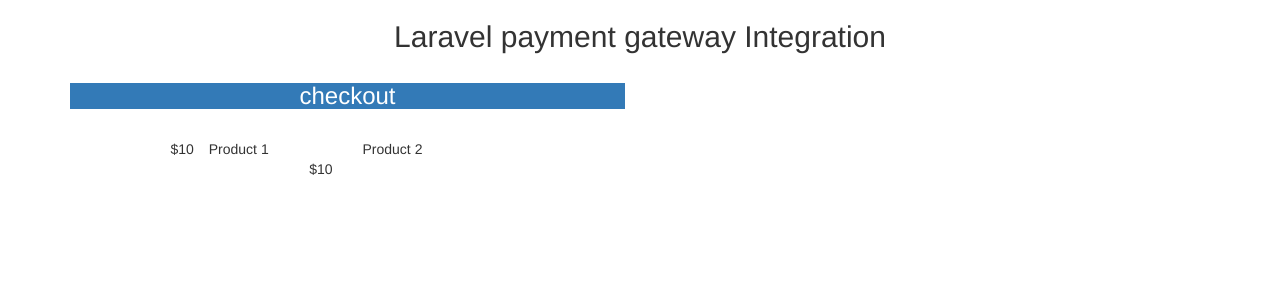
Repository: Raisul1239/stripe
Page: http://localhost/checkout
The author's editor kept a copy of each file at every save. The page is drawn from the files as they stood at one save, then again after the next save.
The browser window is 1280 px wide. The pictures show the whole page.
The page is served by the project's Laravel application, run on PHP 8.4 with Laravel 8. Other server files are loaded and not shown.

Above is the page before, as saved 2020-02-24 10:26:26.

### routes/web.php
<?php

/*
|--------------------------------------------------------------------------
| Web Routes
|--------------------------------------------------------------------------
|
| Here is where you can register web routes for your application. These
| routes are loaded by the RouteServiceProvider within a group which
| contains the "web" middleware group. Now create something great!
|
*/

Route::get('/', function () {
    return view('welcome');
});
Route::get('checkout','CheckoutController@index')->name('checkout.page');

### app/Http/Controllers/CheckoutController.php
<?php

namespace App\Http\Controllers;

use Illuminate\Http\Request;

class CheckoutController extends Controller
{
    //
    public function index(){
        return view ('checkout-page');
    }
}

### resources/views/checkout-page.blade.php
<!DOCTYPE html>
<html lang="en">

<head>
    <title>Bootstrap Example</title>
    <meta charset="utf-8">
    <meta name="viewport" content="width=device-width,
initial-scale=1">
    <link rel="stylesheet" href="https://maxcdn.bootstrapcdn.com/bootstrap/3.4.1/css/bootstrap.min.css">

    <!-- jQuery library -->
    <script src="https://ajax.googleapis.com/ajax/libs/jquery/3.4.1/jquery.min.js"></script>

    <!-- Latest compiled JavaScript -->
    <script src="https://maxcdn.bootstrapcdn.com/bootstrap/3.4.1/js/bootstrap.min.js"></script>
</head>

<body>
    <div class="container">
        <h2 align="center">Laravel payment gateway Integration</h2>
        <div class="row">
            <div class="col-lg-6">
                <div class="card">
                    <div class="card-header bg-primary text-center">
                        <h3>checkout</h3>
                    </div>
                    <div class="card-body">
                        <dic class="row">
                            <div class="col-lg-6">Product 1</divf>
                                <div class="col-lg-6 text-right">$10</div>
                            </div>
                            <div class="row">
                                <div class="col-lg-6">Product 2</div>
                                <div class="col-lg-6 text-right">$10</div>
                            </div>

</html>

Loaded but not shown: app/Http/Controllers/Controller.php (common file)

After the next save:
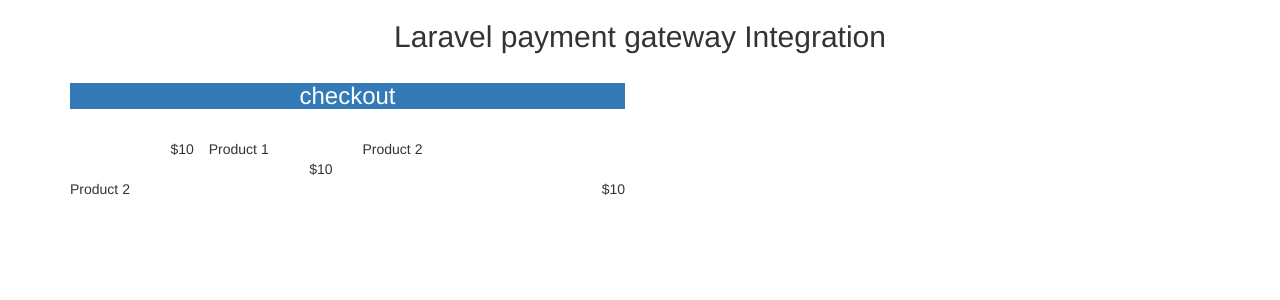
Saved 11 s later.
--- a/resources/views/checkout-page.blade.php
+++ b/resources/views/checkout-page.blade.php
@@ -33,5 +33,9 @@
                                 <div class="col-lg-6">Product 2</div>
                                 <div class="col-lg-6 text-right">$10</div>
                             </div>
+                            <div class="row">
+                                <div class="col-lg-6">Product 2</div>
+                                <div class="col-lg-6 text-right">$10</div>
+                            </div>
 
 </html>
